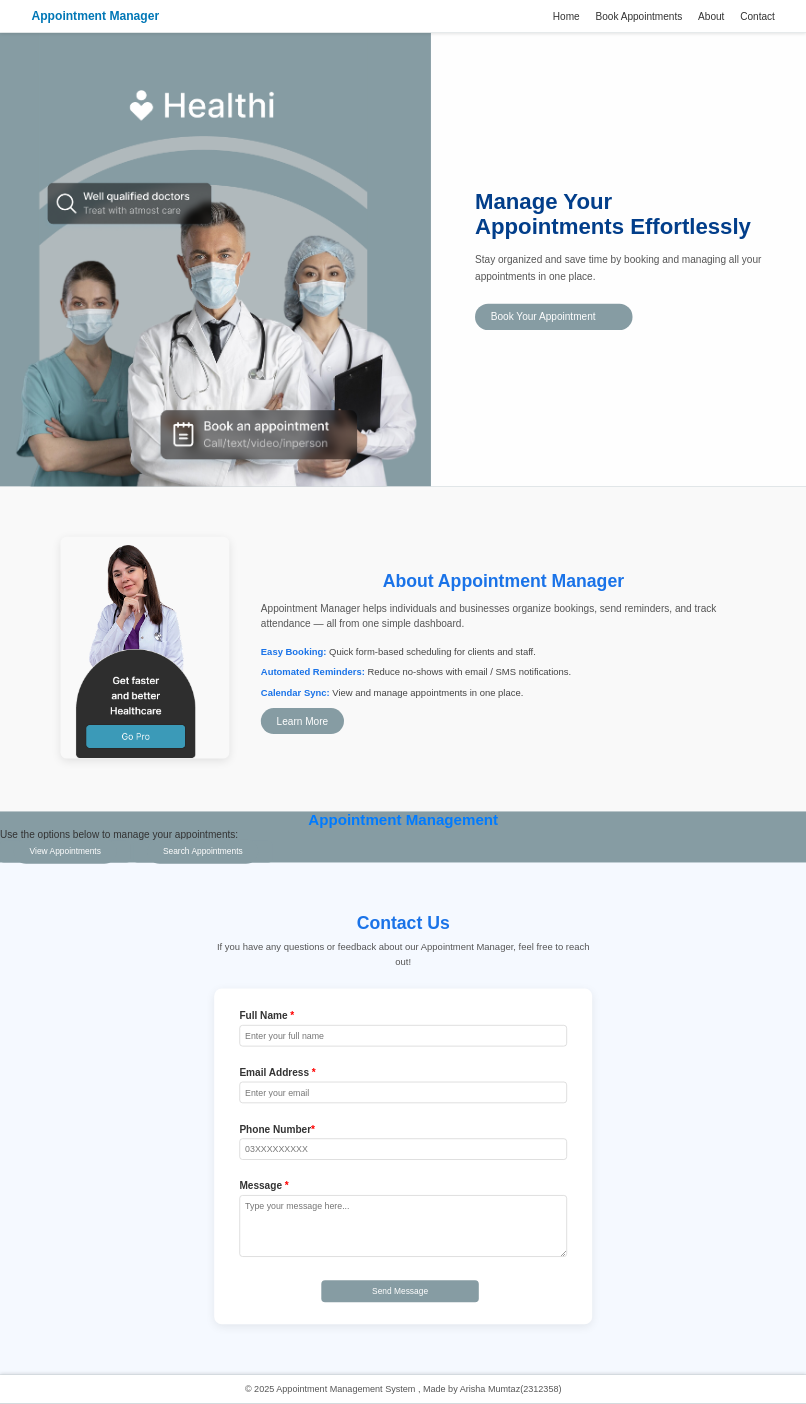
Repository: Arisha004/Hospital-Appointment-Management-System
Page: landingpage.html
An editor plug-in stored every save of this project. The page is shown before and after the next save, followed by the edit.
The browser window is 1280 px wide. The pictures show the whole page, at 63% of full size.

Above is the page before, as saved 2025-10-24 15:35:47.

After the next save:
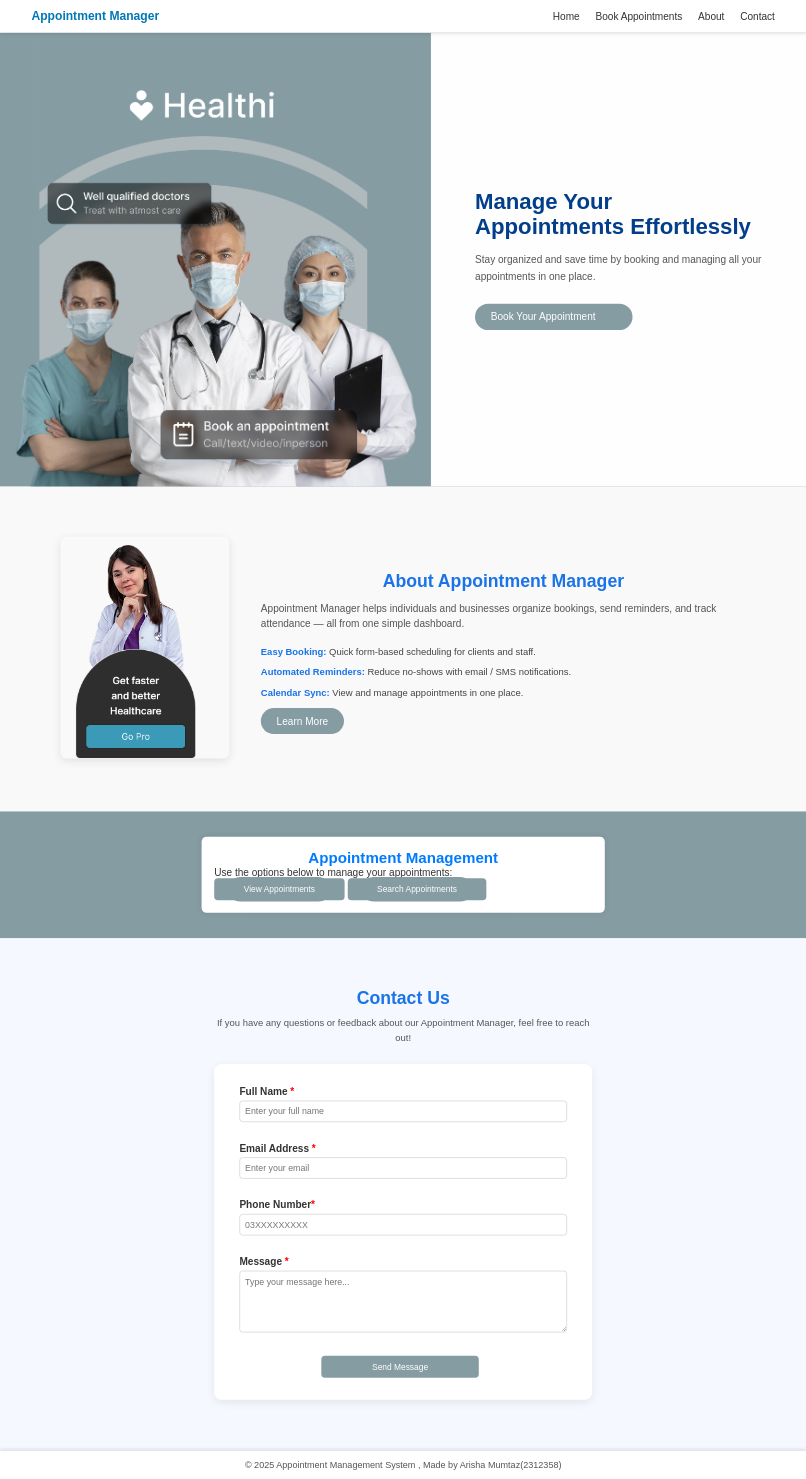
Saved 36 s later.
--- a/landingpage.html
+++ b/landingpage.html
@@ -51,7 +51,7 @@
     </div>
   </section>
   <section id="crudoperations">
-    <div class="crudoperations">
+    <div class="container1">
       <h2>Appointment Management</h2>
       <p>Use the options below to manage your appointments:</p>
       <div class="buttons">
